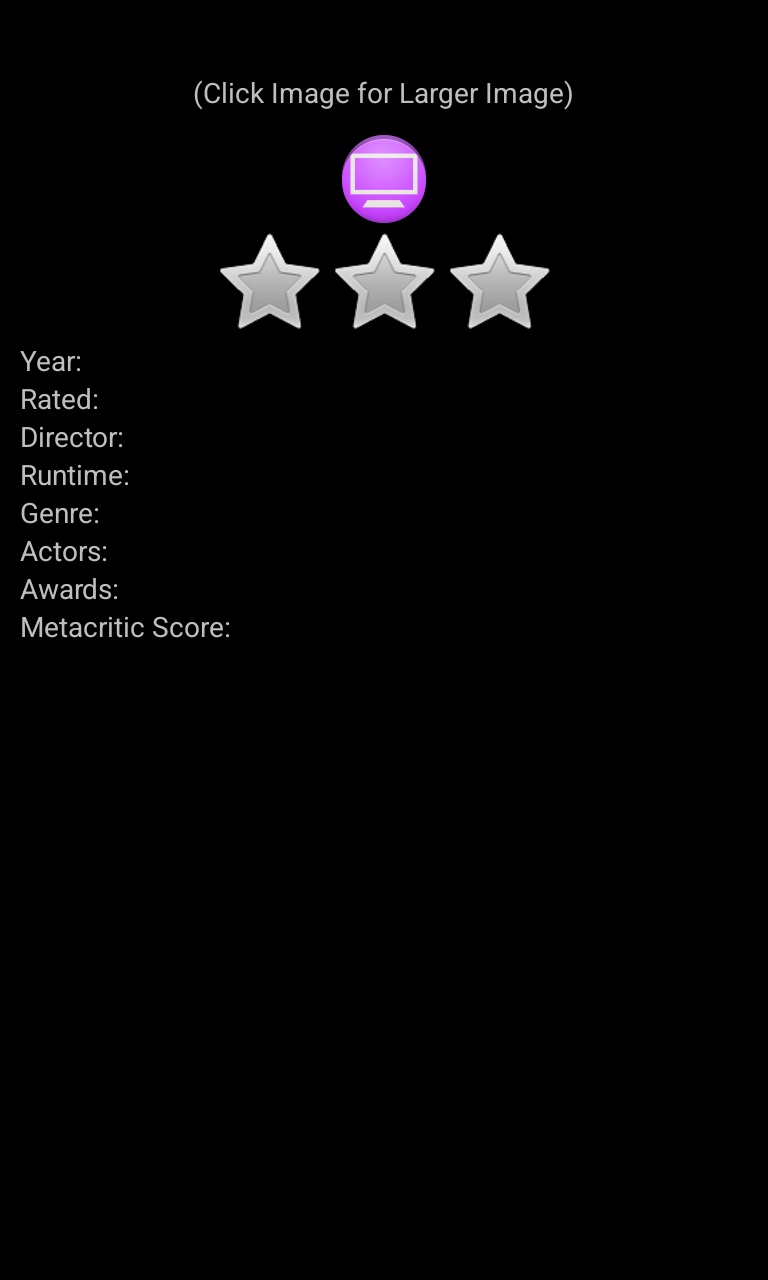
Repository: laurenelder/Java2_Elder
Layout: MovieLookup/res/layout/detail_layout.xml
The author's editor kept a copy of each file at every save. The layout is drawn from the files as they stood at one save, then again after the next save.
It is drawn on a 768 x 1280 px phone screen (xhdpi) without system bars, with theme android:Theme.Black; the app's code is not run.

Above is the layout before, as saved 2014-07-24 22:30:30.

### MovieLookup/res/layout/detail_layout.xml
<?xml version="1.0" encoding="utf-8"?>

<!-- MovieLookup -->
<!-- com.laurenelder.movielookup -->
<!-- Devin "Lauren" Elder -->
<!-- Jul 17, 2014 -->
<!-- Java 2 Term 1407 -->



<LinearLayout xmlns:android="http://schemas.android.com/apk/res/android"
    android:layout_width="match_parent"
    android:layout_height="match_parent"
    android:orientation="vertical" >

    <TextView
        android:id="@+id/movieTitle"
        android:layout_width="wrap_content"
        android:layout_height="wrap_content"
        android:layout_gravity="center"
        android:gravity="center"
        android:layout_marginTop="7dp"
        android:text=""
        android:textAppearance="?android:attr/textAppearanceLarge" />

    <TextView
        android:id="@+id/imageHint"
        android:layout_width="wrap_content"
        android:layout_height="wrap_content"
        android:layout_gravity="center"
        android:gravity="center"
        android:layout_marginTop="0dp"
        android:text="@string/image_hint"
        android:textAppearance="?android:attr/textAppearanceSmall" />

    <ImageView
        android:id="@+id/movieImage"
        android:layout_width="wrap_content"
        android:layout_height="wrap_content"
        android:layout_gravity="center"
        android:layout_marginTop="10dp"
        android:src="@drawable/ic_launcher"
        android:clickable="true"
        android:contentDescription="@string/image_desciption" />

    <RatingBar
	    android:id="@+id/ratingBar"
	    android:layout_width="wrap_content"
	    android:layout_height="wrap_content"
	    android:layout_gravity="center"
        android:numStars="3"
	    android:stepSize="1.0"
	    android:rating="0.0" />

    <RelativeLayout
        android:layout_width="match_parent"
        android:layout_height="wrap_content"
        android:layout_marginTop="0dp" >

        <TextView
            android:id="@+id/yearLabel"
            android:layout_width="wrap_content"
            android:layout_height="wrap_content"
            android:layout_marginLeft="10dp"
            android:layout_alignParentLeft="true"
            android:layout_alignParentTop="true"
            android:text="@string/year_str" />

        <TextView
            android:id="@+id/movieYear"
            android:layout_width="220dp"
            android:layout_height="wrap_content"
            android:layout_marginRight="10dp"
            android:layout_alignParentRight="true"
            android:layout_alignParentTop="true"
            android:text="" />

    </RelativeLayout>

    <RelativeLayout
        android:layout_width="match_parent"
        android:layout_height="wrap_content"
        android:layout_marginTop="0dp" >

        <TextView
            android:id="@+id/ratingLabel"
            android:layout_width="wrap_content"
            android:layout_height="wrap_content"
            android:layout_marginLeft="10dp"
            android:layout_alignParentLeft="true"
            android:layout_alignParentTop="true"
            android:text="@string/rated_str" />

        <TextView
            android:id="@+id/movieRating"
            android:layout_width="220dp"
            android:layout_height="wrap_content"
            android:layout_marginRight="10dp"
            android:layout_alignParentRight="true"
            android:layout_alignParentTop="true"
            android:text="" />

    </RelativeLayout>

    <RelativeLayout
        android:layout_width="match_parent"
        android:layout_height="wrap_content"
        android:layout_marginTop="0dp" >

        <TextView
            android:id="@+id/directorLabel"
            android:layout_width="wrap_content"
            android:layout_height="wrap_content"
            android:layout_marginLeft="10dp"
            android:layout_alignParentLeft="true"
            android:layout_alignParentTop="true"
            android:text="@string/director_str" />

        <TextView
            android:id="@+id/movieDirector"
            android:layout_width="220dp"
            android:layout_height="wrap_content"
            android:layout_marginRight="10dp"
            android:layout_alignParentRight="true"
            android:layout_alignParentTop="true"
            android:text="" />

    </RelativeLayout>

    <RelativeLayout
        android:layout_width="match_parent"
        android:layout_height="wrap_content"
        android:layout_marginTop="0dp" >

        <TextView
            android:id="@+id/runtimeLabel"
            android:layout_width="wrap_content"
            android:layout_height="wrap_content"
            android:layout_marginLeft="10dp"
            android:layout_alignParentLeft="true"
            android:layout_alignParentTop="true"
            android:text="@string/runtime_str" />

        <TextView
            android:id="@+id/movieRuntime"
            android:layout_width="220dp"
            android:layout_height="wrap_content"
            android:layout_marginRight="10dp"
            android:layout_alignParentRight="true"
            android:layout_alignParentTop="true"
            android:text="" />

    </RelativeLayout>

    <RelativeLayout
        android:layout_width="match_parent"
        android:layout_height="wrap_content"
        android:layout_marginTop="0dp" >

        <TextView
            android:id="@+id/genreLabel"
            android:layout_width="wrap_content"
            android:layout_height="wrap_content"
            android:layout_marginLeft="10dp"
            android:layout_alignParentLeft="true"
            android:layout_alignParentTop="true"
            android:text="@string/genre_str" />

        <TextView
            android:id="@+id/movieGenre"
            android:layout_width="220dp"
            android:layout_height="wrap_content"
            android:layout_marginRight="10dp"
            android:layout_alignParentRight="true"
            android:layout_alignParentTop="true"
            android:text="" />

    </RelativeLayout>

    <RelativeLayout
        android:layout_width="match_parent"
        android:layout_height="wrap_content"
        android:layout_marginTop="0dp" >

        <TextView
            android:id="@+id/actorLabel"
            android:layout_width="wrap_content"
            android:layout_height="wrap_content"
            android:layout_marginLeft="10dp"
            android:layout_alignParentLeft="true"
            android:layout_alignParentTop="true"
            android:text="@string/actor_str" />

        <TextView
            android:id="@+id/movieActor"
            android:layout_width="220dp"
            android:layout_height="wrap_content"
            android:layout_marginRight="10dp"
            android:layout_alignParentRight="true"
            android:layout_alignParentTop="true"
            android:text="" />

    </RelativeLayout>

    <RelativeLayout
        android:layout_width="match_parent"
        android:layout_height="wrap_content"
        android:layout_marginTop="0dp" >

        <TextView
            android:id="@+id/awardsLabel"
            android:layout_width="wrap_content"
            android:layout_height="wrap_content"
            android:layout_marginLeft="10dp"
            android:layout_alignParentLeft="true"
            android:layout_alignParentTop="true"
            android:text="@string/awards_str" />

        <TextView
            android:id="@+id/movieAwards"
            android:layout_width="220dp"
            android:layout_height="wrap_content"
            android:layout_marginRight="10dp"
            android:layout_alignParentRight="true"
            android:layout_alignParentTop="true"
            android:text="" />

    </RelativeLayout>

    <RelativeLayout
        android:layout_width="match_parent"
        android:layout_height="wrap_content"
        android:layout_marginTop="0dp" >

        <TextView
            android:id="@+id/scoreLabel"
            android:layout_width="wrap_content"
            android:layout_height="wrap_content"
            android:layout_marginLeft="10dp"
            android:layout_alignParentLeft="true"
            android:layout_alignParentTop="true"
            android:text="@string/score_str" />

        <TextView
            android:id="@+id/movieScore"
            android:layout_width="220dp"
            android:layout_height="wrap_content"
            android:layout_marginRight="10dp"
            android:layout_alignParentRight="true"
            android:layout_alignParentTop="true"
            android:text="" />

    </RelativeLayout>

    <TextView
        android:id="@+id/moviePlot"
        android:layout_width="wrap_content"
        android:layout_height="wrap_content"
        android:layout_marginTop="7dp"
        android:layout_marginRight="10dp"
        android:layout_marginLeft="10dp"
        android:layout_gravity="center"
        android:gravity="center"
        android:text="" />

</LinearLayout>

### MovieLookup/res/values/strings.xml
<?xml version="1.0" encoding="utf-8"?>

<!-- MovieLookup -->
<!-- com.laurenelder.movielookup -->
<!-- Devin "Lauren" Elder -->
<!-- Jul 17, 2014 -->
<!-- Java 2 Term 1407 -->

<resources>

    <string name="app_name">Movie Lookup</string>
    <string name="hello_world">Hello world!</string>
    <string name="action_settings">Settings</string>
    <string name="title_text">Search to find all the information on your favorite movies!</string>
    <string name="button_text">Find!</string>
    <string name="search_hint">Star Trek</string>
    <string name="main_api">http://www.omdbapi.com/?s=Star%20Trek_r=JSON</string>
    <string name="pre_detail_api">http://www.omdbapi.com/?i=</string>
    <string name="post_detail_api">_r=JSON</string>
    <string name="input_notification">Please enter a movie you would like to search for.</string>
    <string name="connection_notification">Connection Error: Please check to make sure you have an internet connection.</string>
    <string name="searching_notification">We are searching for your movie</string>
    <string name="details_notification">We are finding the details for your movie</string>
    <string name="file_name">apiJSONdata.txt</string>
    <string name="detail_file_name">.txt</string>
    <string name="n_a">Not Applicable</string>
    <string name="year_str">Year:</string>
    <string name="rated_str">Rated:</string>
    <string name="released_str">Date Released:</string>
    <string name="runtime_str">Runtime:</string>
    <string name="genre_str">Genre:</string>
    <string name="director_str">Director:</string>
    <string name="actor_str">Actors:</string>
    <string name="awards_str">Awards:</string>
    <string name="score_str">Metacritic Score:</string>
    <string name="image_hint">(Click Image for Larger Image)</string>
    <string name="image_desciption">Movie Poster</string>
    <string name="alert_title">Favorite Notification</string>
    <string name="alert_favMovie"> is now a favorite</string>
    <string name="alert_notFavMovie"> is not a favorite</string>
    <string name="alert_favRating">Rating Bar returned:</string>

</resources>

After the next save:
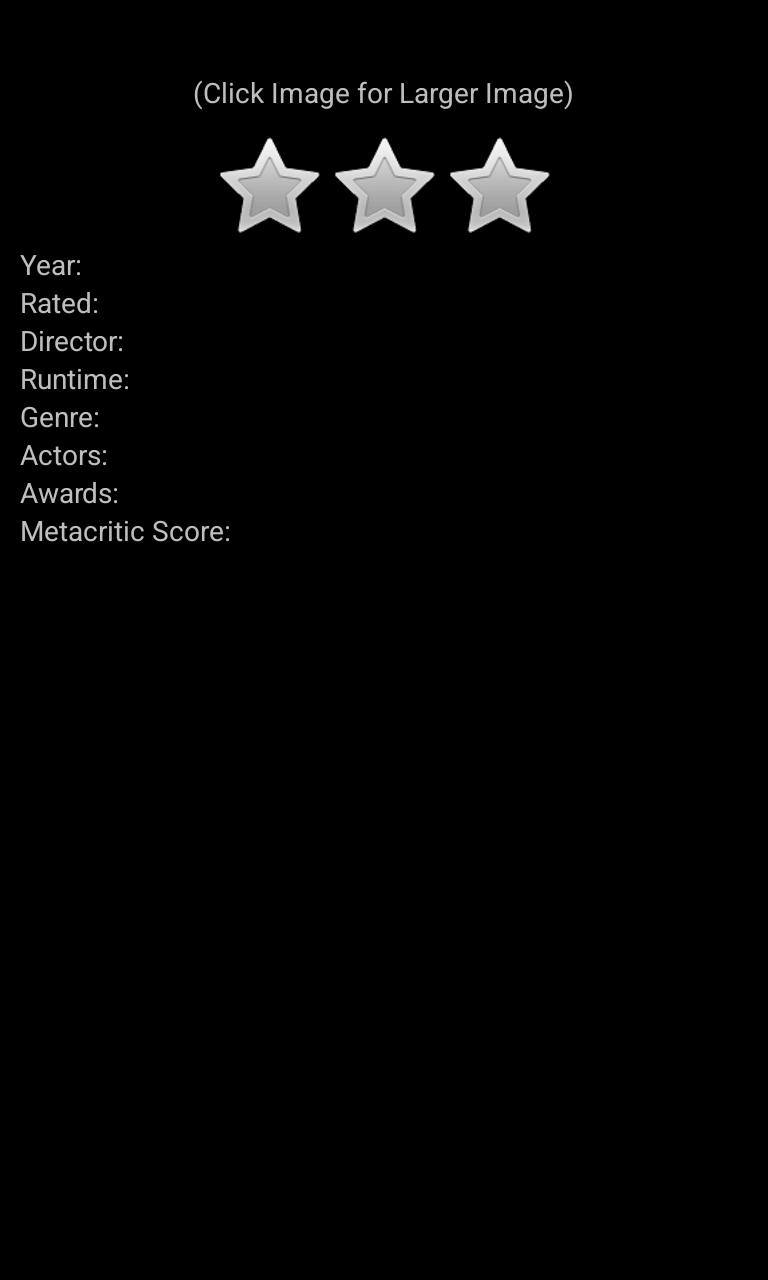
Saved 52 s later.
--- a/MovieLookup/res/layout/detail_layout.xml
+++ b/MovieLookup/res/layout/detail_layout.xml
@@ -39,7 +39,7 @@
         android:layout_height="wrap_content"
         android:layout_gravity="center"
         android:layout_marginTop="10dp"
-        android:src="@drawable/ic_launcher"
+        android:src=""
         android:clickable="true"
         android:contentDescription="@string/image_desciption" />
 

After the save that followed:
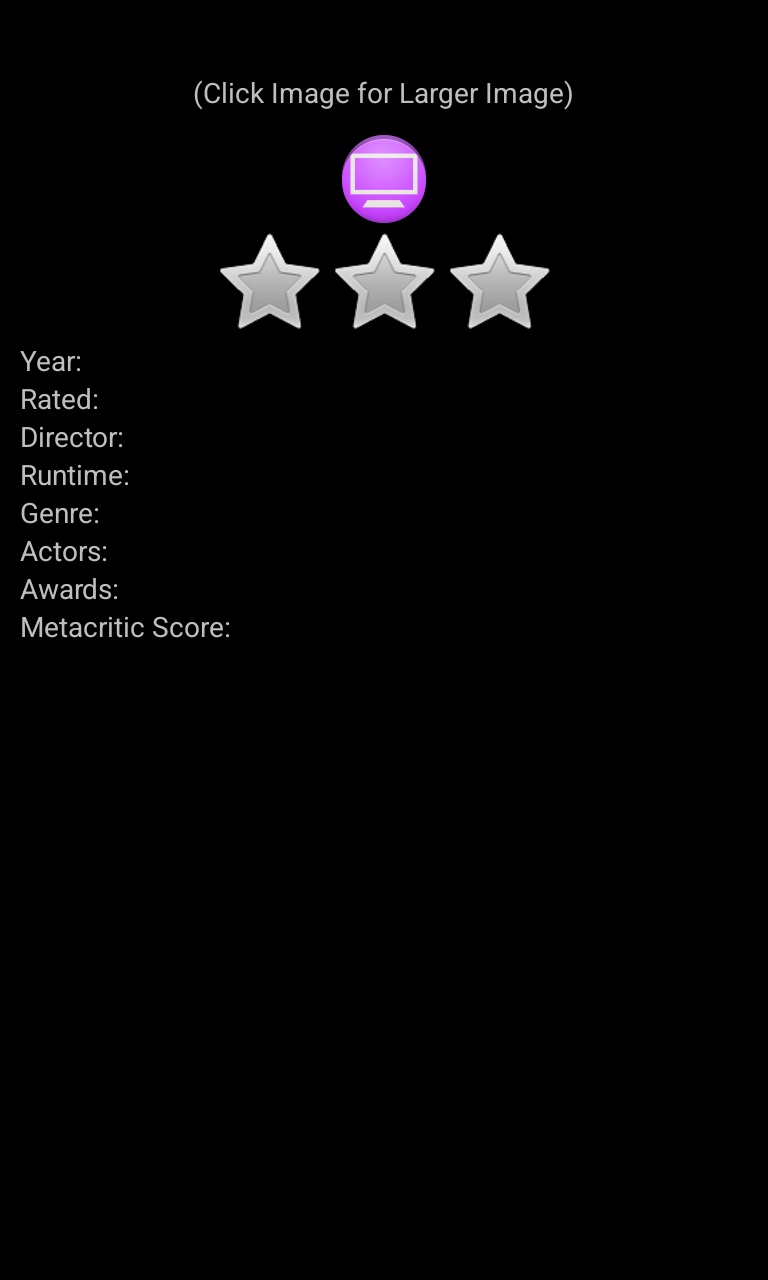
Saved 28 s later.
--- a/MovieLookup/res/layout/detail_layout.xml
+++ b/MovieLookup/res/layout/detail_layout.xml
@@ -10,7 +10,7 @@
 
 <LinearLayout xmlns:android="http://schemas.android.com/apk/res/android"
     android:layout_width="match_parent"
-    android:layout_height="match_parent"
+    android:layout_height="wrap_content"
     android:orientation="vertical" >
 
     <TextView
@@ -39,7 +39,7 @@
         android:layout_height="wrap_content"
         android:layout_gravity="center"
         android:layout_marginTop="10dp"
-        android:src=""
+        android:src="@drawable/ic_launcher"
         android:clickable="true"
         android:contentDescription="@string/image_desciption" />
 
